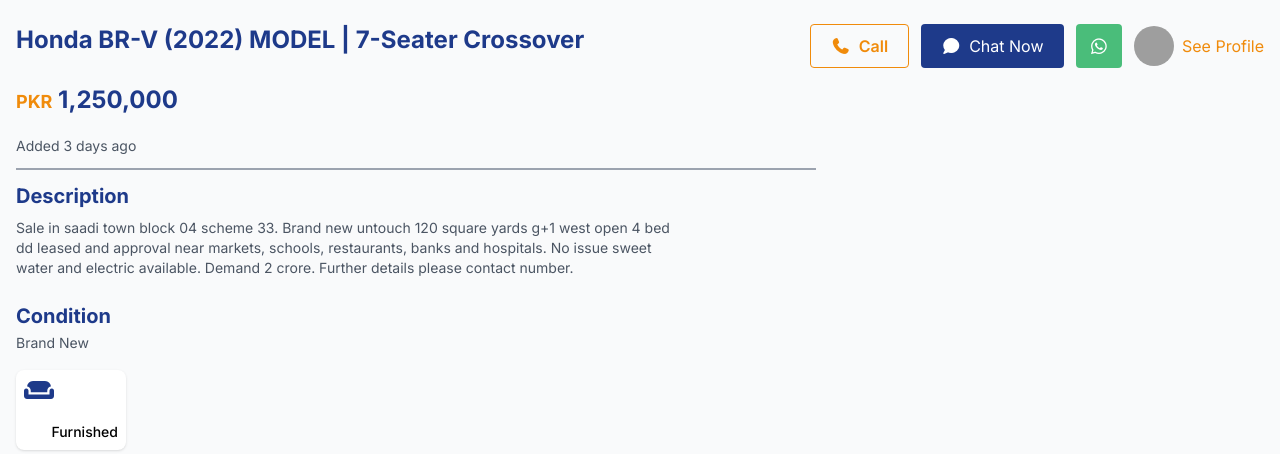
Repository: ARFA-SAEED/miljayega
Page: src/motorsPage/bikes_1.html
An editor plug-in stored every save of this project. The page is shown before and after the next save, followed by the edit.
The browser window is 1280 px wide. The pictures show the part of the page from y = 633 to 1087 px (the page is 2069 px tall).
Pictures or frames that could not be fetched are drawn as grey boxes. A picture or video elsewhere on the page could not be fetched, so the positions and the page height are approximate. Some web fonts or font styles are not loaded; a fallback is used. Some web libraries are served in a nearby version.

Above is the page before, as saved 2025-08-25 13:20:47.

### src/motorsPage/bikes_1.html
<!DOCTYPE html>
<html lang="en">

<head>
    <meta charset="utf-8" />
    <meta content="width=device-width, initial-scale=1.0" name="viewport" />
    <title>Miljaega.pk - Bikes 1</title>
    <script src="https://cdn.tailwindcss.com?plugins=forms,container-queries"></script>
    <link href="https://fonts.googleapis.com/css2?family=Inter:wght@400;500;600;700&display=swap" rel="stylesheet" />
    <link href="https://fonts.googleapis.com/css2?family=Poppins:wght@400;500;600;700&display=swap" rel="stylesheet" />
    <link href="https://fonts.googleapis.com/icon?family=Material+Icons" rel="stylesheet" />
    <link href="https://fonts.googleapis.com/css2?family=Lalezar&display=swap" rel="stylesheet">
    <link href="https://fonts.googleapis.com/css2?family=Noto+Nastaliq+Urdu&display=swap" rel="stylesheet">
    <script src="https://cdn.jsdelivr.net/npm/alpinejs@3.x.x/dist/cdn.min.js" defer></script>
    <script src="https://cdn.jsdelivr.net/npm/@tailwindcss/browser@4"></script>
    <link rel="stylesheet" href="./Css/miljaega-homepage.css">
    <!-- Font Awesome CDN -->
    <link href="https://cdnjs.cloudflare.com/ajax/libs/font-awesome/6.5.2/css/all.min.css" rel="stylesheet">

    <link rel="stylesheet" href="https://cdnjs.cloudflare.com/ajax/libs/font-awesome/7.0.0/css/all.min.css"
        integrity="sha512-DxV+EoADOkOygM4IR9yXP8Sb2qwgidEmeqAEmDKIOfPRQZOWbXCzLC6vjbZyy0vPisbH2SyW27+ddLVCN+OMzQ=="
        crossorigin="anonymous" referrerpolicy="no-referrer" />
</head>

<body class="bg-gray-50">

    <!-- Header -->
    <header class="bg-white shadow-sm fixed top-0 z-50 w-full">
        <div class="lg:mx-auto 2xl:mx-20 relative py-3 container px-4 sm:px-6">
            <div class="flex justify-between items-center py-3">
                <!-- Left: Logo -->
                <div class="flex-shrink-0">
                    <img src="../../../assets/images/logo.svg" alt="Logo" class="h-8 sm:h-10" />
                </div>

                <!-- Center Nav (Desktop) -->
                <nav
                    class="hidden xl:flex absolute 2xl:ms-[440px] left-1/2 transform -translate-x-1/2 space-x-6 text-sm font-medium text-gray-600">
                    <div class="flex justify-center mt-2">
                        <div class="inline-flex rounded-lg shadow-md bg-white overflow-hidden">
                            <a href="#"
                                class="px-6 py-3 text-sm font-medium text-white bg-blue-900 hover:bg-blue-900 transition duration-300 flex items-center">
                                <i class="fa-solid fa-list mr-2"></i> ALL
                            </a>
                            <a href="#"
                                class="px-6 py-3 text-sm font-medium text-pak-green hover:bg-[rgb(220,228,245)] flex items-center">
                                <i class="fa-solid fa-circle-plus mr-2"></i> NEW
                            </a>
                            <a href="#"
                                class="px-6 py-3 text-sm font-medium text-pak-green hover:bg-[rgb(220,228,245)] flex items-center">
                                <i class="fa-solid fa-recycle mr-2"></i> USED
                            </a>
                            <a href="#"
                                class="px-6 py-3 text-sm font-medium text-pak-green hover:bg-[rgb(220,228,245)] flex items-center">
                                <i class="fa-solid fa-key mr-2"></i> RENT
                            </a>
                            <a href="#"
                                class="px-6 py-3 text-sm font-medium text-pak-green hover:bg-[rgb(220,228,245)] flex items-center">
                                <i class="fa-solid fa-arrow-right-arrow-left mr-2"></i> Exchange
                            </a>
                        </div>
                    </div>
                </nav>

                <!-- Mobile Hamburger -->
                <button id="mobileMenuToggle" class="block xl:hidden text-gray-700 hover:text-primary-green">
                    <svg class="w-7 h-7" fill="none" stroke="currentColor" stroke-width="2" viewBox="0 0 24 24">
                        <path stroke-linecap="round" stroke-linejoin="round" d="M4 6h16M4 12h16M4 18h16"></path>
                    </svg>
                </button>
            </div>
        </div>
    </header>

    <!-- Mobile Menu -->
    <div id="mobileMenu"
        class="xl:hidden hidden bg-white shadow-md fixed top-[72px] left-0 right-0 z-40 max-h-[calc(100vh-72px)] overflow-y-auto">
        <div class="px-4 py-4 space-y-4 text-sm font-medium text-gray-700">
            <div class="flex justify-around text-center gap-2 flex-wrap">
                <a href="#" class="flex flex-col items-center gap-1 hover:text-primary-green">
                    <img src="./images/second-hand.png" class="w-6 h-6" /> Used
                </a>
                <a href="#" class="flex flex-col items-center gap-1 hover:text-primary-green">
                    <img src="./images/new.png" class="w-6 h-6" /> New
                </a>
                <a href="#" class="flex flex-col items-center gap-1 hover:text-primary-green">
                    <img src="./images/exchange.png" class="w-6 h-6" /> Exchange
                </a>
                <a href="#" class="flex flex-col items-center gap-1 hover:text-primary-green">
                    <img src="./images/rent.png" class="w-6 h-6" /> Rentals
                </a>
            </div>
        </div>
    </div>

    <!-- Spacer -->
    <div class="pt-[72px]"></div>

    <!-- Images Section -->
    <div class="container mx-auto px-4 mt-12">
        <div class="grid grid-cols-1 lg:grid-cols-2 gap-3">
            <div>
                <img class="w-full h-[250px] sm:h-[400px] lg:h-[513px] object-cover rounded-lg lg:rounded-l-[10px]"
                    src="https://auto.yugatech.com/wp-content/uploads/2022/09/2023-Honda-BRV-Main-2048x1024.jpg" alt="">
            </div>
            <div class="flex flex-col gap-3">
                <img class="w-full h-[200px] sm:h-[250px] object-cover rounded-lg lg:rounded-tr-[10px]"
                    src="https://hondaotodalat.com.vn/wp-content/uploads/2020/02/honda_BRV_hondaotovovankiet_vn_15.jpg"
                    alt="">
                <img class="w-full h-[200px] sm:h-[250px] object-cover rounded-lg lg:rounded-br-[10px]"
                    src="https://d31sro4iz4ob5n.cloudfront.net/upload/car/br-v-2024/feature/interior/br-v-2024-lhd-amplio-confort-y-versatilidad.jpg"
                    alt="">
            </div>
        </div>
    </div>

    <!-- Title & Buttons -->
    <div class="container mx-auto px-4 mt-6 flex flex-col lg:flex-row justify-between items-start gap-4">
        <h1 class="font-bold text-blue-900 text-xl lg:text-2xl">
            Honda BR-V (2022) MODEL | 7-Seater Crossover
        </h1>
        <div class="flex flex-wrap gap-3">
            <button class="border border-[#F08B0B] text-[#F08B0B] font-semibold rounded px-5 py-2 flex items-center">
                <i class="fa-solid fa-phone me-2"></i> Call
            </button>
            <button class="bg-blue-900 hover:bg-blue-800 text-white rounded px-5 py-2 flex items-center">
                <i class="fa-solid fa-comment me-2"></i> Chat Now
            </button>
            <button class="bg-[#4ABD7A] text-white rounded px-3 py-2 flex items-center">
                <i class="fa-brands fa-whatsapp text-lg"></i>
            </button>
            <div class="flex items-center gap-2">
                <img class="rounded-full h-10 w-10"
                    src="https://tse3.mm.bing.net/th/id/OIP.WpIMP_W3gb5bZ81rA-K2YgHaHa?pid=Api&P=0&h=220" alt="">
                <span class="text-[#F08B0B]">See Profile</span>
            </div>
        </div>
    </div>


    <!-- Price -->
    <div class="container mx-auto px-4 mt-4">
        <h1 class="text-blue-900 font-bold text-xl lg:text-2xl">
            <span class="text-lg text-[#F08B0B]">PKR</span> 1,250,000
        </h1>
        <p class="text-gray-600 text-sm mt-5 pb-3 border-b border-gray-400 border-b-2 w-200">Added 3 days ago</p>
    </div>

    <!-- Description -->
    <div class="container mx-auto px-4 mt-3">
        <h1 class="text-blue-900 font-bold text-xl mb-2">Description</h1>
        <p class="text-sm text-gray-600 max-w-2xl">
            Sale in saadi town block 04 scheme 33. Brand new untouch 120 square yards g+1 west open 4 bed dd leased and
            approval near markets, schools, restaurants, banks and hospitals. No issue sweet water and electric
            available.
            Demand 2 crore. Further details please contact number.
        </p>
    </div>

    <!-- Condition -->
    <div class="container mx-auto px-4 mt-6">
        <h1 class="text-blue-900 font-bold text-xl">Condition</h1>
        <span class="text-gray-600 text-sm">Brand New</span>
        <div class="relative mt-4 shadow rounded-lg h-20 w-[110px] bg-white p-3">
            <i class="fa-solid fa-couch text-blue-900 text-2xl absolute top-1 left-2"></i>
            <span class="absolute bottom-2 right-2 text-sm font-medium">Furnished</span>
        </div>
    </div>

    <!-- Location -->
    <div class="container mx-auto px-4 mt-6">
        <h1 class="text-blue-900 font-bold text-xl mb-3">Location and nearby facilities</h1>
        <div class="flex flex-wrap gap-4 mb-5">
            <button class="flex items-center gap-2 px-4 py-2 bg-white rounded-lg shadow-md">
                <i class="fa-solid fa-border-all text-[#F08B0B]"></i> All
            </button>
            <button class="flex items-center gap-2 px-4 py-2 bg-white rounded-lg shadow-md">
                <i class="fa-solid fa-school text-[#F08B0B]"></i> School
            </button>
            <button class="flex items-center gap-2 px-4 py-2 bg-white rounded-lg shadow-md">
                <i class="fa-solid fa-hospital text-[#F08B0B]"></i> Hospitals
            </button>
            <button class="flex items-center gap-2 px-4 py-2 bg-white rounded-lg shadow-md">
                <i class="fa-solid fa-utensils text-[#F08B0B]"></i> Restaurant
            </button>
        </div>
        <img src="https://png.pngtree.com/png-clipart/20230315/original/pngtree-map-location-pin-with-red-png-image_8989833.png"
            class="h-[300px] sm:h-[400px] mx-auto" alt="">
    </div>
    <footer class="bg-[#0C3168] text-white">
        <div class="container mx-auto px-4 sm:px-6 lg:px-8 py-10">

            <!-- ✅ Mobile/Tablet (sm, md, lg): 2 Rows Layout -->
            <div class="flex  flex-wrap gap-8 lg:hidden">
                <!-- Row 1: ABOUT US + MY ACCOUNT -->
                <div class="w-full flex   gap-8">
                    <!-- ABOUT US -->
                    <div class="w-full ms-10 md:ms-0 sm:w-1/2 text-left">
                        <ul class="leading-10">
                            <li class="font-bold text-xl mb-3">ABOUT US</li>
                            <li>FAQ</li>
                            <li>Anti Scam</li>
                            <li>Term of use</li>
                            <li>Privacy Policy</li>
                            <li>Contact Us</li>
                            <li>Sitemap</li>
                        </ul>
                    </div>
                    <!-- MY ACCOUNT -->
                    <div class="w-full ms-20 md:ms-60 sm:w-1/2 text-left">
                        <ul class="leading-10">
                            <li class="font-bold text-xl mb-3">MY ACCOUNT</li>
                            <li>Login</li>
                            <li>Register</li>
                        </ul>
                    </div>
                </div>

                <!-- Row 2: Miljaega + Social -->
                <div class="w-full flex gap-8 mt-5">
                    <!-- Miljaega -->
                    <div class="w-full sm:w-1/2 ms-10 md:ms-0 text-left">
                        <ul class="leading-10">
                            <li class="font-bold text-xl mb-3">Miljaega</li>
                            <li>Inspected by miljaega</li>
                            <li>Featured by miljaega</li>
                            <li>Recomended by miljaega</li>
                        </ul>
                    </div>
                    <!-- Social -->
                    <div class="w-full ms-20 md:ms-60  sm:w-1/2 text-left leading-15">
                        <ul>
                            <li class="font-bold text-xl  mb-3">FOLLOW US</li>
                        </ul>
                        <div class=" ms-8 md:ms-0 sm:flex-wrap md:flex mt-3 gap-5">
                            <img src="../../assets/images/fb.svg" class="h-10" alt="">
                            <img src="../../assets/images/insta.svg" class="h-10" alt="">
                            <img src="../../assets/images/twitter.svg" class="h-10" alt="">
                            <img src="../../assets/images/youtube.svg" class="h-10" alt="">
                        </div>
                    </div>
                </div>
            </div>

            <!-- ✅ XL and Up: Original 4-column Layout -->
            <div class="hidden lg:block lg:flex lg:justify-between xl:gap-8">
                <!-- ABOUT US -->
                <div class="w-full sm:w-1/2 xl:w-auto mb-5 xl:mb-0  xl:text-left">
                    <ul class="leading-10">
                        <li class="font-bold text-xl mb-3">ABOUT US</li>
                        <li>FAQ</li>
                        <li>Anti Scam</li>
                        <li>Term of use</li>
                        <li>Privacy Policy</li>
                        <li>Contact Us</li>
                        <li>Sitemap</li>
                    </ul>
                </div>
                <!-- MY ACCOUNT -->
                <div class="w-full sm:w-1/2 xl:w-auto text-left mb-5 xl:mb-0">
                    <ul class="leading-10">
                        <li class="font-bold text-xl mb-3">MY ACCOUNT</li>
                        <li>Login</li>
                        <li>Register</li>
                    </ul>
                </div>
                <!-- Miljaega -->
                <div class="w-full sm:w-1/2 xl:w-auto mb-5 xl:mb-0 text-left">
                    <ul class="leading-10">
                        <li class="font-bold text-xl mb-3">Miljaega</li>
                        <li>Inspected by miljaega</li>
                        <li>Featured by miljaega</li>
                        <li>Recomended by miljaega</li>
                    </ul>
                </div>
                <!-- Social -->
                <div class="w-full sm:w-1/2 xl:w-auto text-left mb-5 xl:mb-0 leading-15">
                    <ul>
                        <li class="font-bold text-xl mb-3">FOLLOW US</li>
                    </ul>
                    <div class="flex  ustify-start mt-3 gap-5">
                        <img src="../../assets/images/fb.svg" class="h-10" alt="">
                        <img src="../../assets/images/insta.svg" class="h-10" alt="">
                        <img src="../../assets/images/twitter.svg" class="h-10" alt="">
                        <img src="../../assets/images/youtube.svg" class="h-10" alt="">
                    </div>
                </div>
            </div>

            <!-- Footer bottom -->
            <div class="text-center border-t-2 border-white mt-10 pt-5 text-sm">
                <p>© Copyright 2025 Miljaega <br>Powered by The Tech Creators</p>
            </div>
        </div>
    </footer>

    <script>
        // Mobile menu toggle
        document.addEventListener("DOMContentLoaded", () => {
            const toggleBtn = document.getElementById("mobileMenuToggle");
            const mobileMenu = document.getElementById("mobileMenu");
            toggleBtn.addEventListener("click", () => {
                mobileMenu.classList.toggle("hidden");
            });
        });
    </script>

</body>

</html>

### assets/Css/miljaega-homepage.css
 :root {
   --primary-green: #0B6847;
 }

 body {
   font-family: 'Inter', sans-serif;
   background-color: #f8fafc;
 }

 .text-primary-green {
   color: var(--primary-green);
 }

 .bg-primary-green {
   background-color: #003E3E;
 }

 .border-primary-green {
   border-color: var(--primary-green);
 }

 .card {
   @apply bg-white rounded-lg shadow-[0_4px_6px_-1px_rgba(0, 0, 0, 0.1), 0_2px_4px_-2px_rgba(0, 0, 0, 0.1)] transition-transform duration-200;
 }

 .card:hover {
   transform: translateY(-5px);
 }

 .verified-badge {
   @apply text-blue-600 text-base;
 }


 /* Sell Button */
 ._520955ba {
   position: relative;
   overflow: hidden;
   border-radius: 4px;
 }

 header {
   z-index: 100;
 }

 .fbf39733 {
   background-color: #ffffff;
   /* Green background */
   border: none;
   cursor: pointer;
 }

 ._6257aca6 {
   object-fit: contain;
   z-index: 1;
 }


 ._948d9e0a {
   position: relative;
   z-index: 2;
 }

 ._27a68d65 {
   display: flex;
   align-items: center;
 }

 .b2e0090c {
   padding: 8px 16px;
 }

 ._371e9918 {
   color: white;
 }

 ._6041419a {
   margin-right: 8px;
 }

 ._8206696c {
   font-weight: 900;
 }

 .b7af14b4 {
   font-size: 12px;
 }

 .dd240920 {
   line-height: 1.5;
 }

 @import url('https://fonts.googleapis.com/css2?family=Inter:wght@300;400;500;600;700&display=swap');

 body {
   font-family: 'Inter', sans-serif;

 }

 .card-hover {
   transition: all 0.3s ease;
   box-shadow: 0 4px 6px rgba(0, 0, 0, 0.05);
 }

 .card-hover:hover {
   transform: translateY(-5px);
   box-shadow: 0 10px 25px rgba(0, 0, 0, 0.1);
 }

 .image-hover {
   transition: transform 0.5s ease;
 }

 .status-dot {
   position: absolute;
   bottom: 5px;
   right: 10px;
   width: 12px;
   height: 12px;
   background-color: #1dbf73;
   border: 2px solid white;
   border-radius: 50%;
   z-index: 10;
   box-shadow: 0 0 0 2px rgba(29, 191, 115, 0.3);
 }

 .status-pulse {
   position: absolute;
   bottom: -1px;
   right: -1px;
   width: 16px;
   height: 16px;
   background-color: rgba(29, 191, 115, 0.4);
   border-radius: 50%;
   z-index: 5;
   animation: pulse 1.5s infinite;
 }

 @keyframes pulse {
   0% {
     transform: scale(0.8);
     opacity: 0.7;
   }

   70% {
     transform: scale(1.5);
     opacity: 0;
   }

   100% {
     transform: scale(0.8);
     opacity: 0;
   }
 }

 .star-container {
   display: inline-flex;
   align-items: center;
   margin-left: -8px;
 }

 .star-full {
   color: #f2880f;
   position: relative;
 }

 .star-full::before {
   content: "★";
   position: absolute;
   color: white;
   font-size: 15px;
   top: 2px;
   left: 2px;
 }

 .star-half {
   position: relative;
   width: 20px;
   height: 20px;
 }

 .star-half-left {
   position: absolute;
   left: 0;
   width: 50%;
   height: 100%;
   background: #ff643d;
   border-top-left-radius: 3px;
   border-bottom-left-radius: 3px;
 }

 .star-half-right {
   position: absolute;
   right: 0;
   width: 50%;
   height: 100%;
   background: rgba(200, 201, 202, 0.48);
   border-top-right-radius: 3px;
   border-bottom-right-radius: 3px;
 }

 .star-half::before {
   content: "★";
   position: absolute;
   color: white;
   font-size: 15px;
   top: 2px;
   left: 2px;
   z-index: 10;
 }

 .badge {
   transition: all 0.3s ease;
 }

 .badge:hover {
   transform: scale(1.05);
 }

 .arrow-tab {
   position: relative;
   padding: 0.75rem 2rem;
   display: flex;
   align-items: center;
   justify-content: center;
   clip-path: polygon(0 0, calc(100% - 20px) 0, 100% 50%, calc(100% - 20px) 100%, 0 100%, 20px 50%);
   margin-left: -18px;
   cursor: pointer;
   transition: all 0.2s ease;
 }

 .arrow-tab:first-child {
   clip-path: polygon(0 0, calc(100% - 20px) 0, 100% 50%, calc(100% - 20px) 100%, 0 100%);
   margin-left: 0;
   padding-left: 3rem;
 }

 .arrow-tab.active {
   background-color: #1e3a8a;
   /* Tailwind's blue-900 */
   color: white;
   z-index: 10;
 }

 .arrow-tab:not(.active):hover {
   background-color: #ced8f3;
   /* Light gray on hover */
 }

 @media (min-width: 1024px) and (max-width: 1028px) {
   .custom-mt {
     margin-top: 10px;
     /* Equivalent to mt-9 */
   }
 }

 .thumbnail {
   transition: all 0.2s ease;
 }

 .thumbnail:hover {
   transform: scale(1.05);
   box-shadow: 0 0 5px rgba(59, 130, 246, 0.5);
 }

 #main-image {
   transition: opacity 0.3s ease;
 }



 .scrollbar-hide::-webkit-scrollbar {
   display: none;
 }

 .scrollbar-hide {
   -ms-overflow-style: none;
   scrollbar-width: none;
 }

 .search-dropdown {
   display: none;
   position: absolute;
   top: 100%;
   /* directly below input */
   left: 0;
   width: 100%;
   max-height: 400px;
   overflow-y: auto;
   /* only scroll when necessary */
   z-index: 999999;
   /* way above all site content */
   background: white;
   border: 1px solid #e5e7eb;
   border-radius: 0.5rem;
   box-shadow: 0 4px 6px -1px rgba(0, 0, 0, 0.1),
     0 2px 4px -1px rgba(0, 0, 0, 0.06);
 }

 .search-dropdown-section {
   padding-left: 13px;
   padding-right: 13px;
   padding-bottom: 10px;

 }

 .search-dropdown-section:last-child {
   border-bottom: none;
 }

 .search-dropdown-item {
   padding: 0.5rem;
   cursor: pointer;
   border-radius: 0.25rem;
   background-color: white;
 }

After the next save:
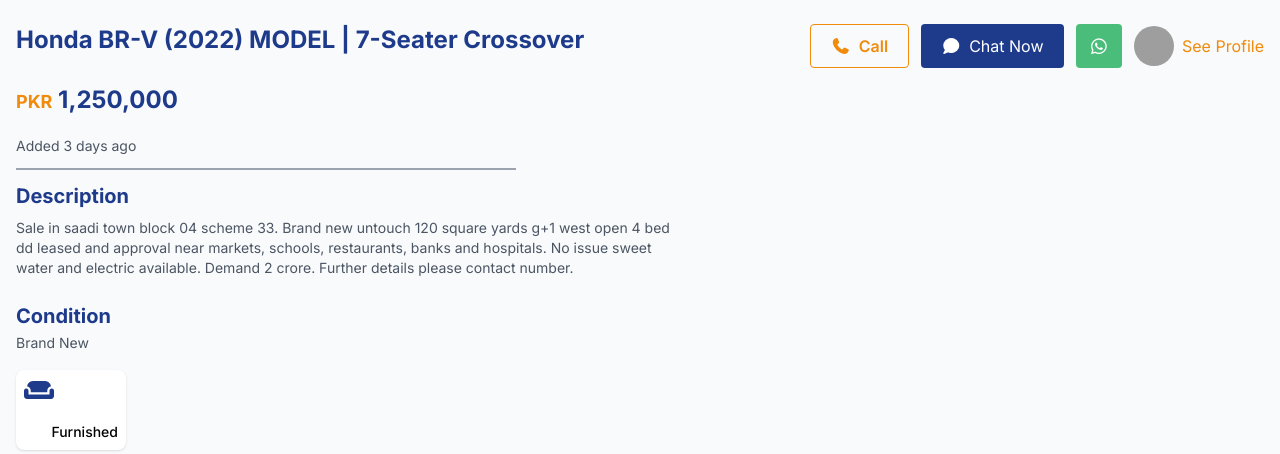
Saved 13 s later.
--- a/src/motorsPage/bikes_1.html
+++ b/src/motorsPage/bikes_1.html
@@ -143,7 +143,7 @@
         <h1 class="text-blue-900 font-bold text-xl lg:text-2xl">
             <span class="text-lg text-[#F08B0B]">PKR</span> 1,250,000
         </h1>
-        <p class="text-gray-600 text-sm mt-5 pb-3 border-b border-gray-400 border-b-2 w-200">Added 3 days ago</p>
+        <p class="text-gray-600 text-sm mt-5 pb-3 border-b border-gray-400 border-b-2 w-[500px]">Added 3 days ago</p>
     </div>
 
     <!-- Description -->
